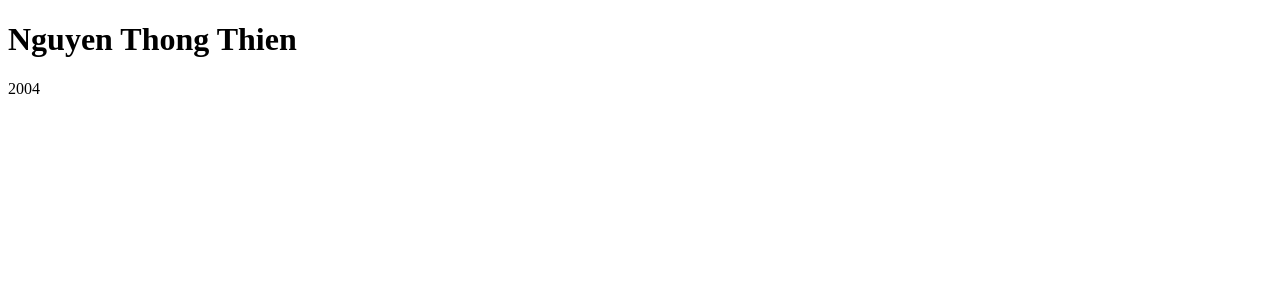
Repository: ThongThien/64132265_Web2
Page: http://localhost/HelloJSP/Index.jsp
The author's editor kept a copy of each file at every save. The page is drawn from the files as they stood at one save, then again after a run of saves.
The browser window is 1280 px wide. The pictures show the whole page.
The page is served by Tomcat 9.

Above is the page before, as saved 2025-02-18 03:20:35.

After the next 2 saves:
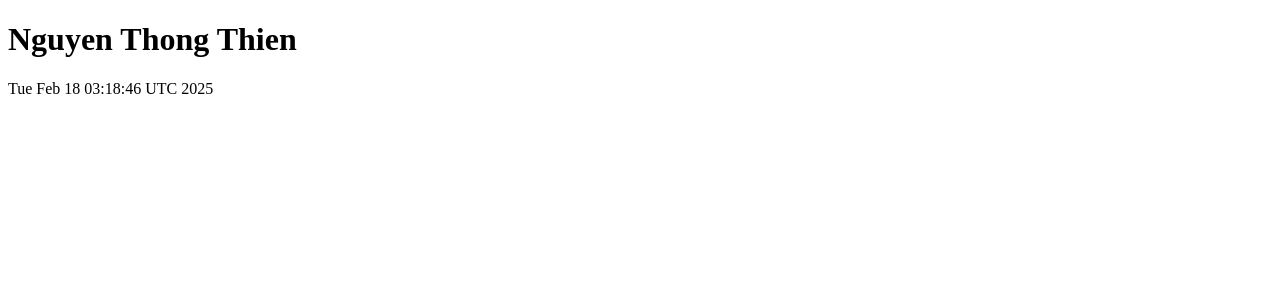
The 2 saves are shown as one change because 1 did not build or start.
The last was saved 3 min 17 s later.
--- a/HelloJSP/src/main/webapp/Index.jsp
+++ b/HelloJSP/src/main/webapp/Index.jsp
@@ -1,5 +1,6 @@
 <%@ page language="java" contentType="text/html; charset=UTF-8"
     pageEncoding="UTF-8"%>
+<%@ page import="java.util.Date" %>
 <!DOCTYPE html>
 <html>
 <head>
@@ -10,6 +11,6 @@
 	<h1>
 		Nguyen Thong Thien
 	</h1>
-	<%= 2003+1%>
+	<%= new Date().toString()%>
 </body>
 </html>
